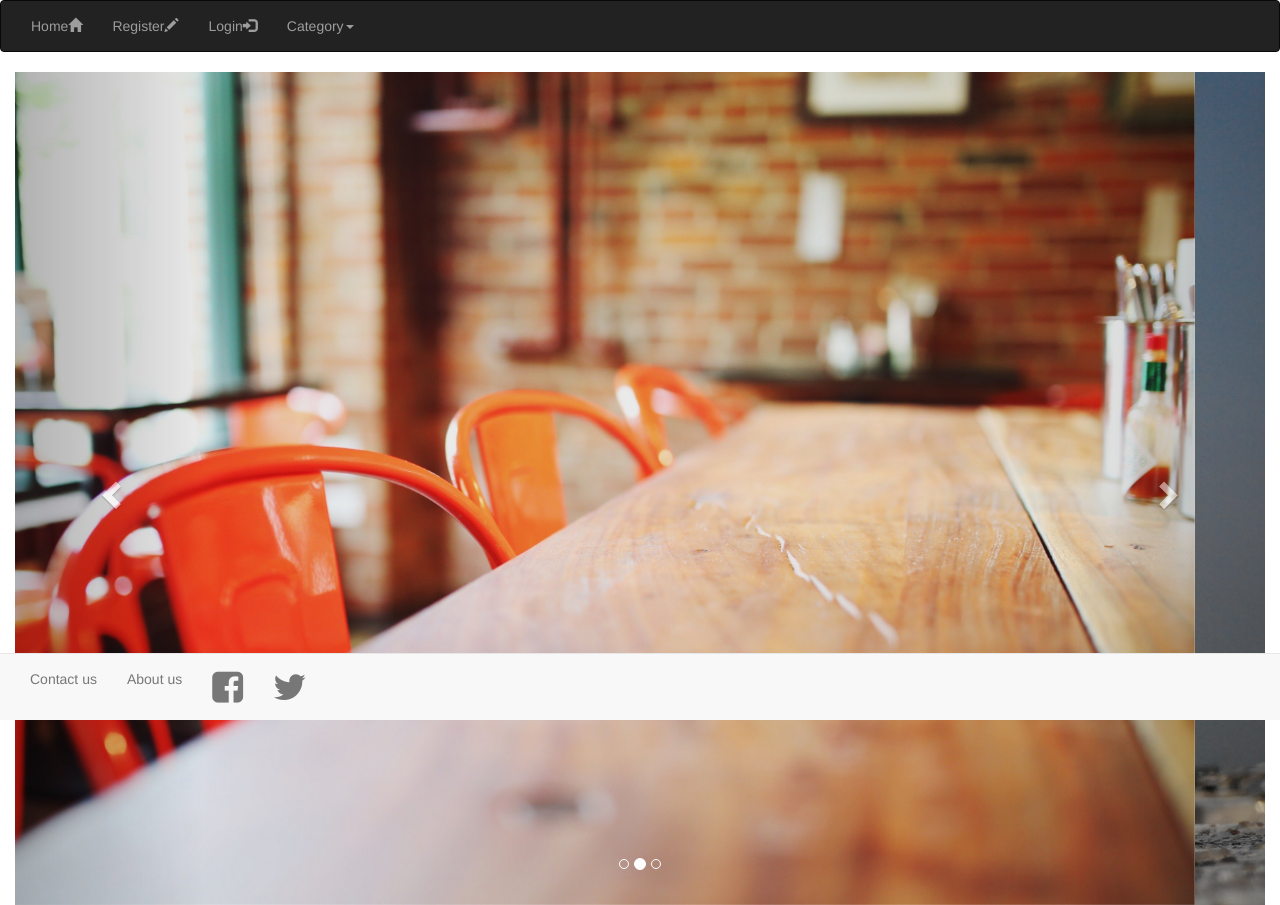
Repository: mozhulungdsuo/Task3
Page: http://localhost/DynamicWebsite/
These files come from the project's save history. The page is drawn as it stood at one moment and after the next save; the edit follows.
The browser window is 1280 px wide. The pictures show the whole page.
Some web libraries are served in a nearby version. The page is served by Tomcat 9.

Above is the page before, as saved 2018-01-11 04:36:18.

After the next save:
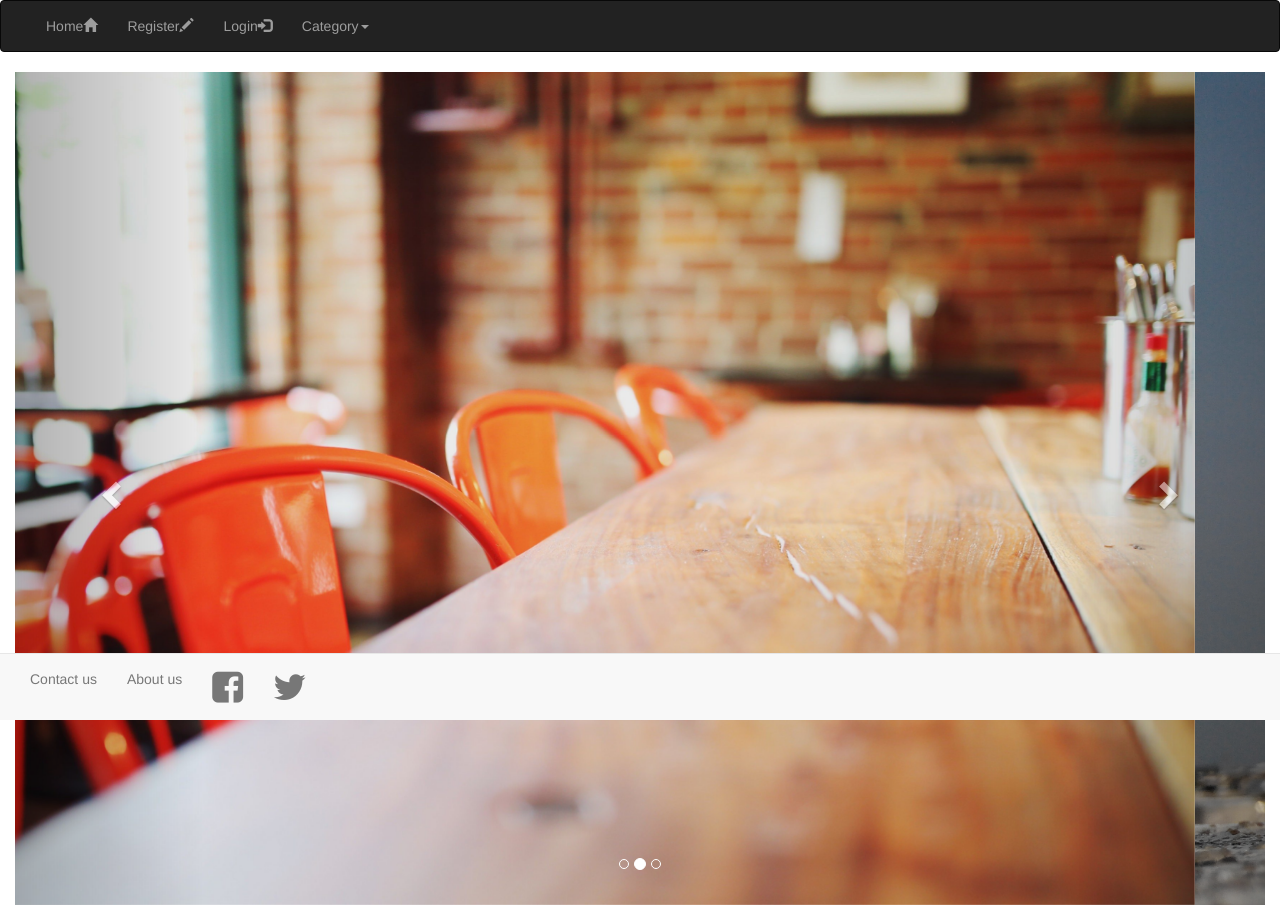
Saved 5 min 44 s later.
--- a/DynamicWebsite/WebContent/index.jsp
+++ b/DynamicWebsite/WebContent/index.jsp
@@ -13,6 +13,14 @@
 </head>
 <nav class="navbar navbar-inverse">
   <div class="container-fluid">
+    <div class="navbar-header">
+        <button type="button" class="navbar-toggle" data-toggle="collapse" data-target="#myNavbar">
+        <span class="icon-bar"></span>
+        <span class="icon-bar"></span>
+        <span class="icon-bar"></span>
+      </button>
+      </div>
+      <div class="collapse navbar-collapse" id="myNavbar">
   <ul class="nav navbar-nav">
    <li><a href="#">Home<span class="glyphicon glyphicon-home"></span></a></li>
    <li><a href="#">Register<span class="glyphicon glyphicon-pencil"></span></a></li>
@@ -25,6 +33,7 @@
         </ul>
         </li>
     </ul>
+    </div>
     </div>
     </nav>
 
